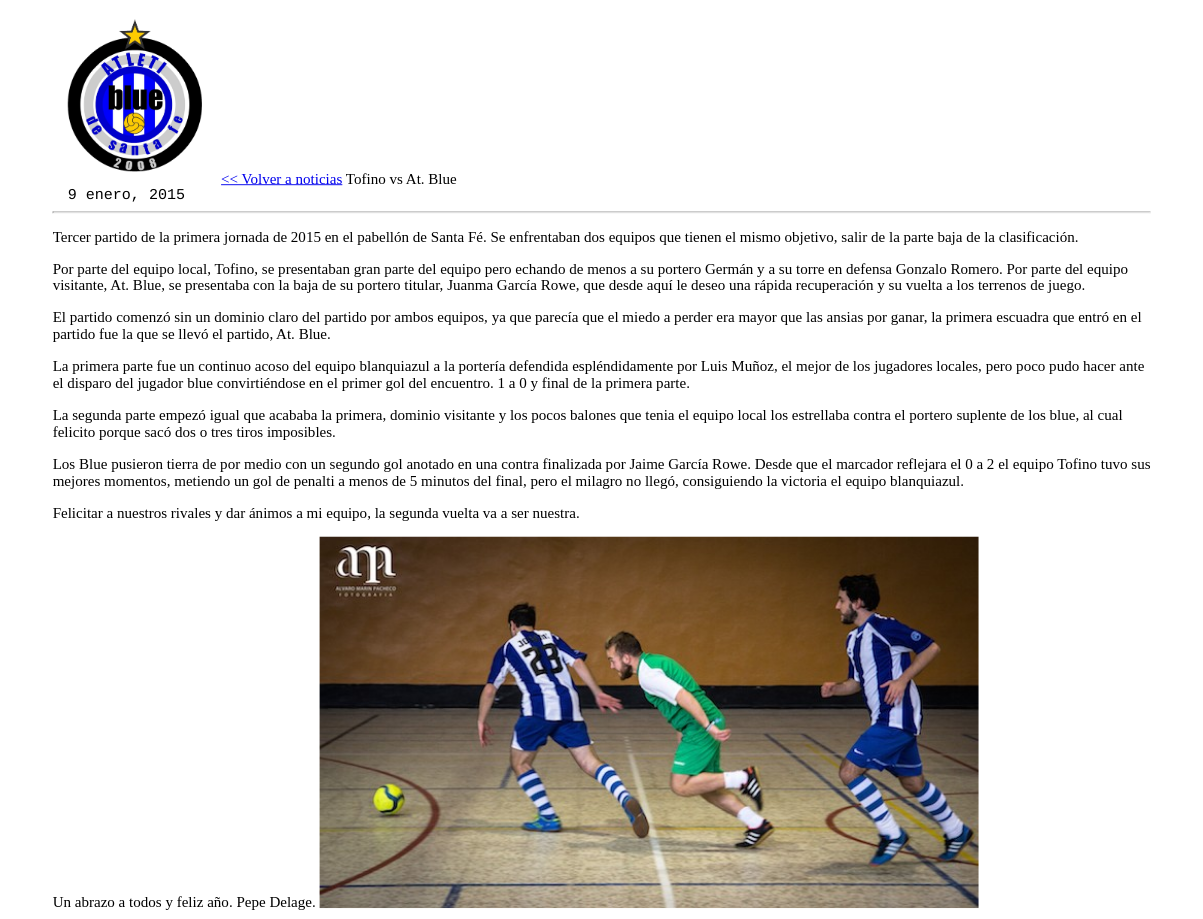
Repository: DiegoGodoy/atletiblue
Page: app/views/noticias/noticia4.html
The author's editor kept a record of every edit. The page is drawn from the files as they stood at one moment, then again after the next edit.
The browser window is 1280 px wide. The pictures show the whole page, at 94% of full size.

Above is the page before.

After the next edit:
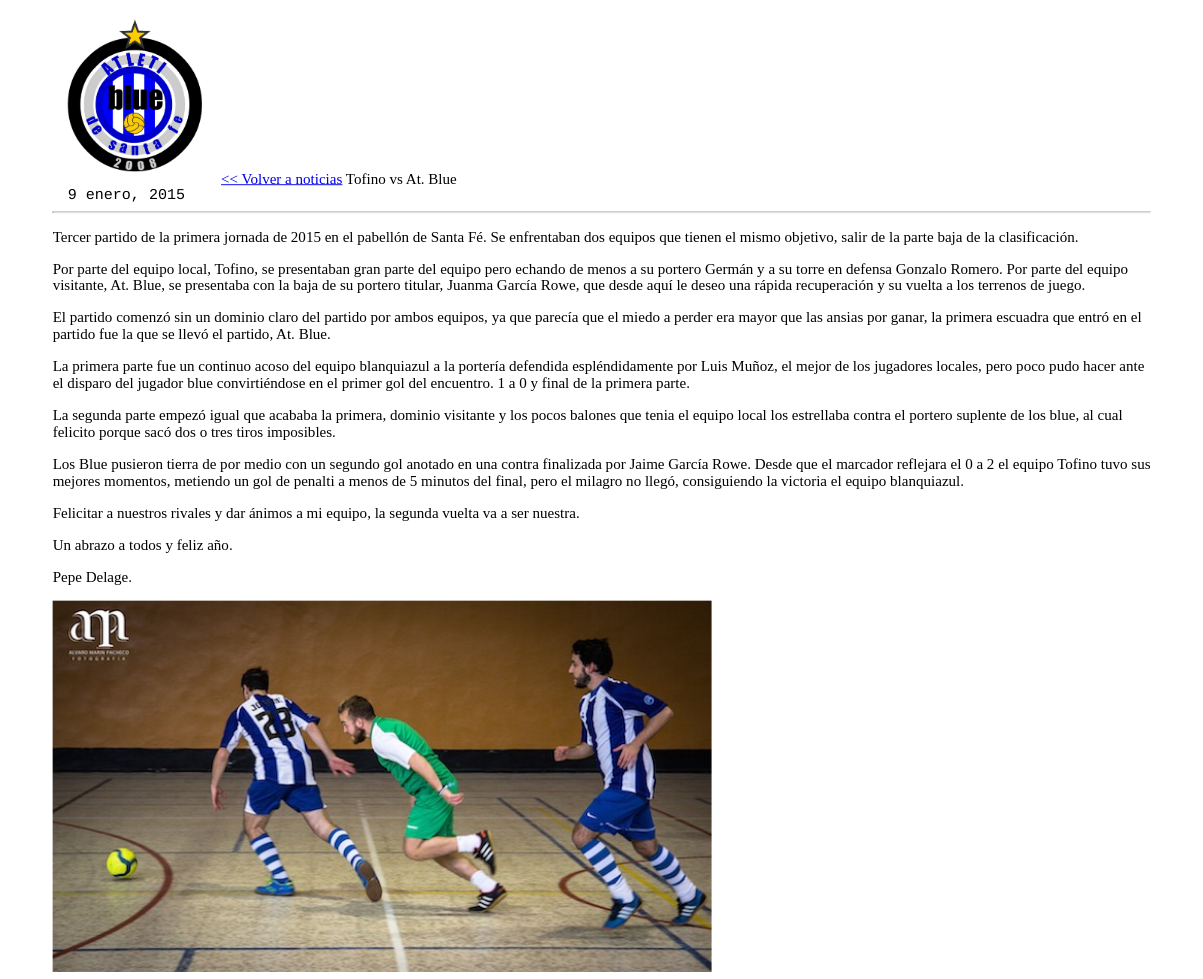
The edit:
--- a/app/views/noticias/noticia4.html
+++ b/app/views/noticias/noticia4.html
@@ -22,8 +22,8 @@
 
 Felicitar a nuestros rivales y dar ánimos a mi equipo, la segunda vuelta va a ser nuestra.</p>
 
-Un abrazo a todos y feliz año.
-Pepe Delage.
+Un abrazo a todos y feliz año.</p>
+Pepe Delage.</p>
 
                         <img alt="" src="images/noticia3.jpg" style="width:60%">
                 </div>
